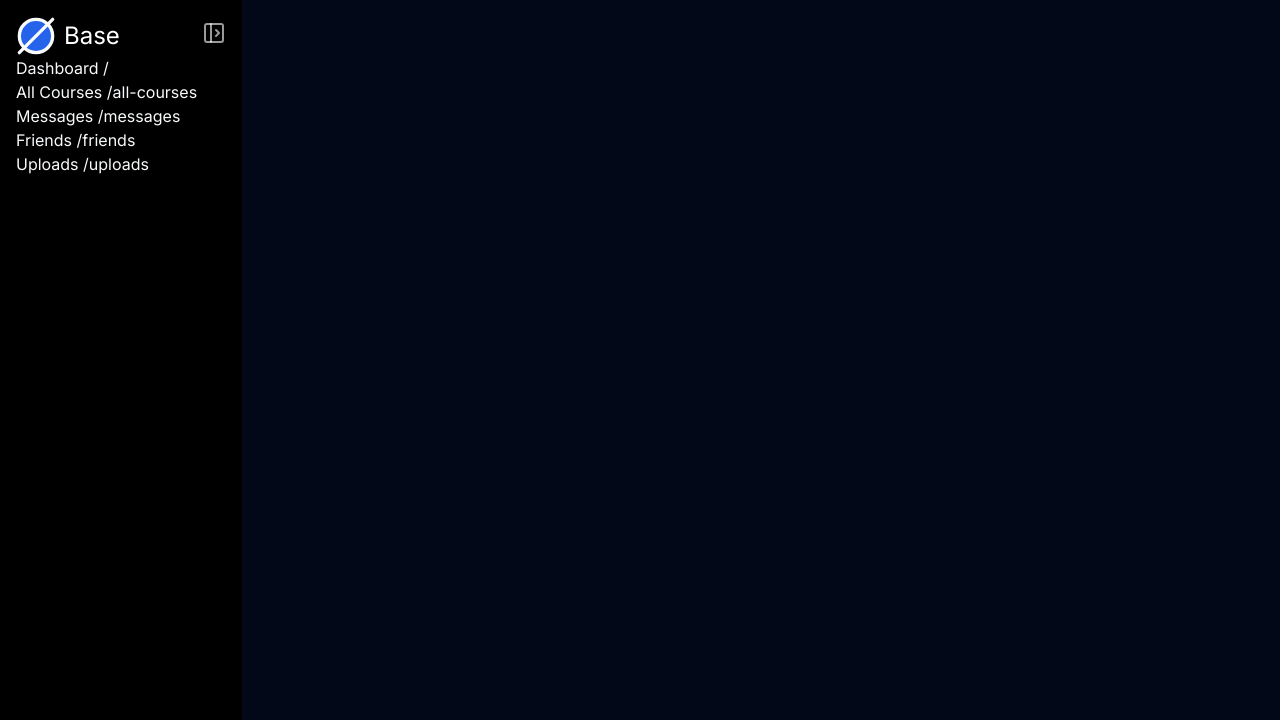
Repository: Hardyy00/openinapp_assignment
Page: /upload
The author's editor kept a copy of each file at every save. The page is drawn from the files as they stood at one save, then again after the next save.
The browser window is 1280 px wide. The pictures show the whole page.
The project was rebuilt for these pictures with package versions that can differ from the ones it lists, and the page was loaded fresh each time. The framework's server and built-in components were replaced by stand-ins that run in the browser. Also part of the build but not shown: next.config.mjs.

Above is the page before, as saved 2024-08-23 23:05:16.

After the next save:
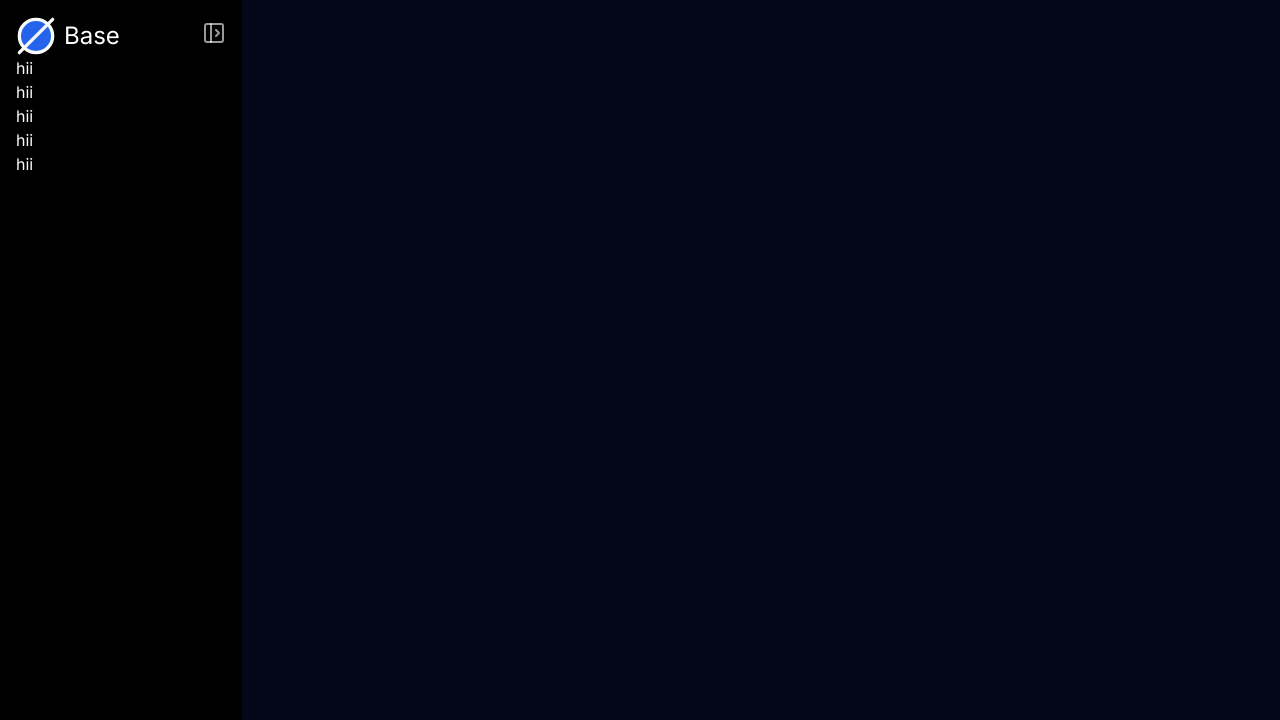
Saved 67 s later.
--- a/app/(browse)/_components/nav-item.tsx
+++ b/app/(browse)/_components/nav-item.tsx
@@ -1,29 +1,3 @@
-"use client";
-
-import { cn } from "@/lib/utils";
-import { useSideBar } from "@/store/use-sidebar";
-import { LucideIcon } from "lucide-react";
-import { usePathname } from "next/navigation";
-
-interface NavLink {
-  // icon: LucideIcon;
-  label: string;
-  path: string;
-}
-
-export const NavItem: React.FC<NavLink> = ({ label, path }) => {
-  const { collapse } = useSideBar();
-  const currentPath = usePathname();
-  const onPath = currentPath === path;
-
-  return (
-    // <div className={cn("w-full")}>
-    //   {/* <Icon /> */}
-
-    //   {/* <p className={cn("", isSame && "", collapse && "hidden")}>{label}</p> */}
-    // </div>
-    <div>
-      {label} {path}
-    </div>
-  );
+export const NavItem: React.FC = () => {
+  return <div>hii</div>;
 };
